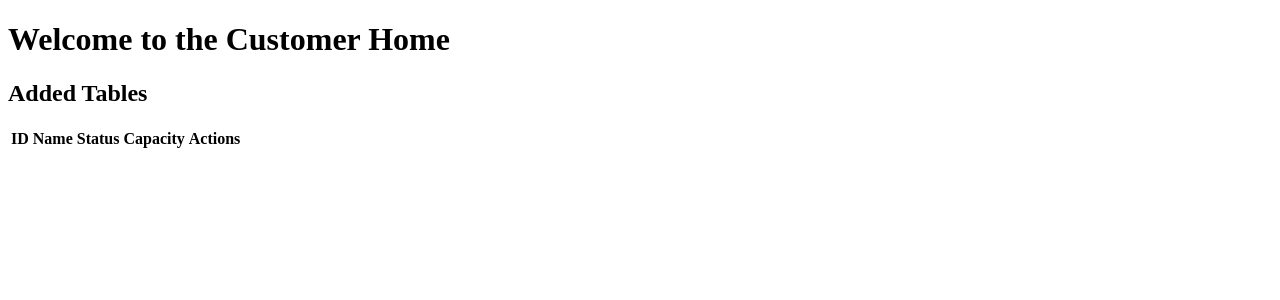
Repository: NguyenHuy-lang/RestaurantMicroserviceFrontEnd
Page: food.html
An editor plug-in stored every save of this project. The page is shown before and after the next save, followed by the edit.
The browser window is 1280 px wide. The pictures show the whole page.
The page's requests for data from a server got no answer.

Above is the page before, as saved 2023-06-08 06:34:51.

After the next save:
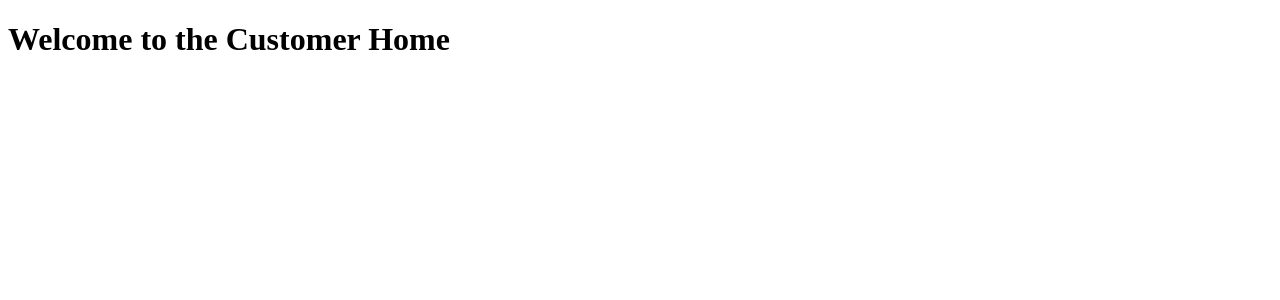
Saved 2 min 43 s later.
--- a/food.html
+++ b/food.html
@@ -8,76 +8,7 @@
 
   <div id="food-container"></div>
 
-  <h2>Added Tables</h2>
-  <table id="addedTablesContainer">
-    <thead>
-      <tr>
-        <th>ID</th>
-        <th>Name</th>
-        <th>Status</th>
-        <th>Capacity</th>
-        <th>Actions</th>
-      </tr>
-    </thead>
-    <tbody></tbody>
-  </table>
-
   <script>
-    const apiUrl = "http://localhost:8083/api/v1/bookings/";
-    const token = localStorage.getItem("accessToken");
-    const addedTables = [];
-
-    const updateAddedTablesDisplay = () => {
-      const addedTablesContainer = document.getElementById('addedTablesContainer');
-      addedTablesContainer.innerHTML = '';
-
-      const table = document.createElement('table');
-      const tableHead = document.createElement('thead');
-      const tableBody = document.createElement('tbody');
-
-      const headerRow = document.createElement('tr');
-      const headers = ['ID', 'Name', 'Status', 'Capacity'];
-      headers.forEach(header => {
-        const th = document.createElement('th');
-        th.textContent = header;
-        headerRow.appendChild(th);
-      });
-      tableHead.appendChild(headerRow);
-      table.appendChild(tableHead);
-
-      addedTables.forEach(tableData => {
-        const row = document.createElement('tr');
-
-        const idCell = document.createElement('td');
-        idCell.textContent = tableData.id;
-        row.appendChild(idCell);
-
-        const nameCell = document.createElement('td');
-        nameCell.textContent = tableData.name;
-        row.appendChild(nameCell);
-
-        const statusCell = document.createElement('td');
-        statusCell.textContent = tableData.status;
-        row.appendChild(statusCell);
-
-        const capacityCell = document.createElement('td');
-        capacityCell.textContent = tableData.capacity;
-        row.appendChild(capacityCell);
-
-        tableBody.appendChild(row);
-      });
-
-      table.appendChild(tableBody);
-      addedTablesContainer.appendChild(table);
-    };
-
-    function addTableToBooking(tableId) {
-      const bookingId = localStorage.getItem("bookingSelected");
-      const tableData = { id: tableId };
-      addedTables.push(tableData);
-      updateAddedTablesDisplay();
-    }
-
     fetch('http://localhost:8082/api/v1/foods')
       .then(response => response.json())
       .then(foods => {
@@ -139,6 +70,11 @@
       .catch(error => {
         console.log('Error:', error);
       });
+
+    function addFoodToTable(food, quantity) {
+      // Implement the logic to add the selected food with quantity to the table
+      console.log('Food added to table:', food, 'Quantity:', quantity);
+    }
   </script>
 </body>
 </html>
